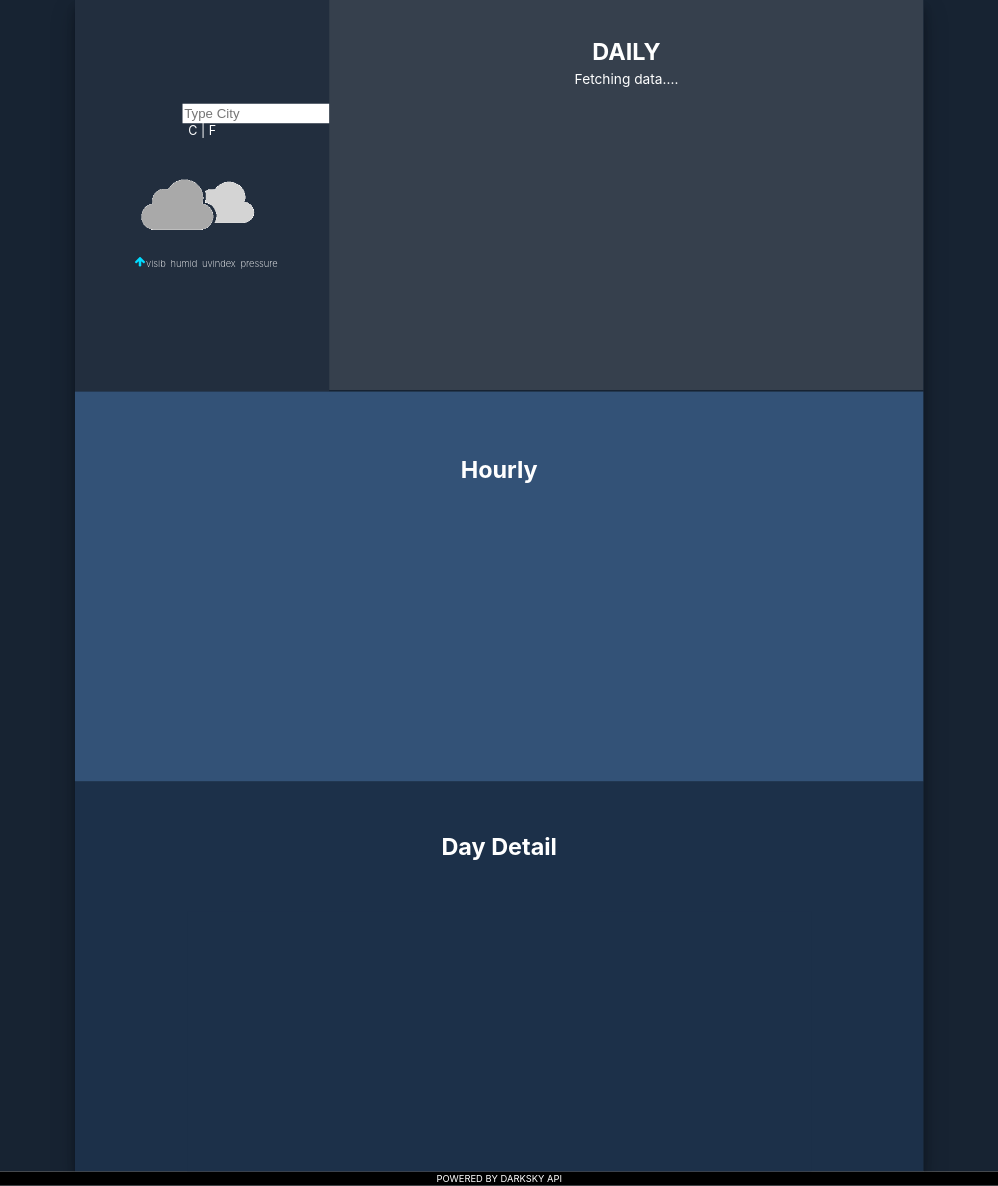
Repository: DOODpls/assignment3_weather
Page: index.html
The author's editor kept a copy of each file at every save. The page is drawn from the files as they stood at one save, then again after the next save.
The browser window is 1280 px wide. The pictures show the whole page, at 78% of full size.
Some web fonts or font styles are not loaded; a fallback is used. Some web libraries are served in a nearby version.

Above is the page before, as saved 2020-01-07 19:20:23.

### index.html
<!DOCTYPE html>
<html lang="en">
    <head>
        <meta charset="UTF-8" />
        <meta name="viewport" content="width=device-width, initial-scale=1.0" />
        <meta http-equiv="X-UA-Compatible" content="ie=edge" />
        <script src="https://ajax.googleapis.com/ajax/libs/jquery/1/jquery.min.js" type="text/javascript"></script>
        <script src="https://ajax.googleapis.com/ajax/libs/jqueryui/1.10.3/jquery-ui.min.js"></script>
        <title>The Weathering</title>
        <link rel="shortcut icon" href="./icons/favicon.ico" />
        <link
            rel="stylesheet"
            href="https://cdnjs.cloudflare.com/ajax/libs/bulma/0.7.5/css/bulma.min.css"
            integrity="sha256-vK3UTo/8wHbaUn+dTQD0X6dzidqc5l7gczvH+Bnowwk="
            crossorigin="anonymous"
        />
        <link
            rel="stylesheet"
            href="https://cdnjs.cloudflare.com/ajax/libs/open-iconic/1.1.1/font/css/open-iconic.min.css"
            integrity="sha256-CfN2r6i/dqkUHVRqpBzO3w21SnIWalwGfj5ScBPVzmI="
            crossorigin="anonymous"
        />
        <link rel="stylesheet" href="styles.css" />
    </head>
    <body>
        <div class="page">
            <div class="main-container">
                <div class="today-container">
                    <div class="today-stage">
                      <form action="" method="post" name="form_citydetails" id="form_citydetails" enctype="multipart/form-data" onsubmit="return false;">
                        <input class="ff_elem city-text" type="text" name="ff_nm_from[]" value="" id="f_elem_city" placeholder="Type City" onkeydown="search(this)"/>
                        </form>
                      <div class="unitswitcher">
                        <div class="celcius" id='cell'>C</div>
                        <br>
                        <p>&nbsp;|&nbsp;</p>
                        <div class="farenheight" id="farr">F</div>
                      </div>
                        <div class="info-holder">
                          <div class="preload"></div>
                          <canvas id="icon0" width="150" height="150"></canvas>
                          <p class="city"></p>
                          <p class="today-temp"></p>
                          <p class="today-description"></p>
                          <p class="today-minmax"></p>
                          <div class="sub-info">
                          <p class="app-temp"></p>
                          <div class="wind-holder">
                            <p class="wind-speed"></p>
                            <div class="wind-direction"></div>
                          </div>
                          <p class="visibility">visib</p>
                          <p class="humidity">humid</p>
                          <p class="uvindex">uvindex</p>
                          <p class="pressure">pressure</p>
                          </div>
                        </div>
                    </div>
                </div>

                <div class="week-container">
                  <p class="daily-title">DAILY</p>
                  <p class="week-summary">Fetching data....</p>
                  <div class="week-stage" id="week-stages">
                  </div>
                </div>
                <div class="hourly-container">
                  <p class="daily-title">Hourly</p>
                  <div class="hourly-row"></div>
                </div>
                <div class="day-details">
                  <div class="titlebar">
                    <p class="daily-title">Day Detail</p>
                    <p class="day-summ"></p>
                  </div>
                  <div class="summary-flex">
                  <div class="melovesomeclouds">
                    <p class="habanero"></p> <!-- have to name it like this bc for some readon uvindex(whatever) wont work  -->
                    <p class="cloud-cover"></p>
                  </div>

                  <div class="sunny">
                    <p class="sunrise"></p>
                    <p class="sunset"></p>
                  </div>

                  <div class="airwater">
                    <p class="humidity2"></p>
                    <p class="dew-point"></p>
                  </div>

                  <div class="wind">
                    <p class="ave-windspeed"></p>
                    <p class="ave-windgust"></p>
                  </div>
                </div>
                </div>
            </div>
        </div>
        <footer class="foooterrr">
          <a href="https://darksky.net/dev">POWERED BY DARKSKY API</a>
        </footer>
        <script src="./skycons.js"></script>
        <script src="./app.js"></script>
    </body>
</html>

### styles.css

.page {
  display: flex;
  color: white;
  justify-content: center;
  flex-wrap: wrap;
  background-color: #172332;
  width: 100%;
  height: 100%;
  overflow: hidden;
}
.main-container {
  height: 100%;
  width: 85vw;
  overflow-y: hidden;
  box-sizing: content-box;
  display: flex;
  justify-content: flex-start;
  flex-wrap: wrap;
  box-shadow: 0 14px 28px rgba(0, 0, 0, 0.25), 0 10px 10px rgba(0, 0, 0, 0.22);
}
.today-container {
  flex: 30%;
  display: flex;
  height: 502px;
  background: #222e3e;
  justify-content: center;
  align-items: center;
  overflow: hidden;
}
.unitswitcher{
  color: white;
  display: flex;
  justify-content: center;
}
.celcius, .farenheight{
  text-decoration: none;
  color: white;
}
.celcius:hover, .farenheight:hover{
  color: rgb(161, 161, 161);
}
.ui-helper-hidden-accessible{
  visibility: hidden;
  position: absolute;
}


.ui-autocomplete {
  position: absolute;
  top: 100%;
  left: 0;
  z-index: 1000;
  float: left;
  display: none;
  min-width: 160px;
  padding: 4px 0;
  margin: 0 0 10px 25px;
  list-style: none;
  background-color: #36404d;
  border-color: #ccc;
  border-color: rgba(0, 0, 0, 0.2);
  border-style: solid;
  border-width: 1px;
  -webkit-border-radius: 5px;
  -moz-border-radius: 5px;
  border-radius: 5px;
  -webkit-box-shadow: 0 5px 10px rgba(0, 0, 0, 0.2);
  -moz-box-shadow: 0 5px 10px rgba(0, 0, 0, 0.2);
  box-shadow: 0 5px 10px rgba(0, 0, 0, 0.2);
  -webkit-background-clip: padding-box;
  -moz-background-clip: padding;
  background-clip: padding-box;
  *border-right-width: 2px;
  *border-bottom-width: 2px;
}

.ui-menu-item > a.ui-corner-all {
  display: block;
  padding: 3px 15px;
  clear: both;
  font-weight: normal;
  line-height: 18px;
  color: #ffffff;
  white-space: nowrap;
  text-decoration: none;
}

.ui-state-hover, .ui-state-active {
  color: #ffffff;
  text-decoration: none;
  background-color: #0088cc;
  border-radius: 0px;
  -webkit-border-radius: 0px;
  -moz-border-radius: 0px;
  background-image: none;
}


.preload{
  background-image: url(./preloader.gif);
  height: 170px;
  width: 170px;
  background-size: 170px;
  position: absolute;
  top: 0;
  display: none;
}
.today-stage {
    position: relative;
    /* background: rgba(0, 0, 0, 0.2); */
}
/* #icon1{
  background-image: url(./preloader.gif);
  background-size: 150px;
} */
.today-icon {
    font-size: 140px;
    opacity: 0.17;
}
.city{
  transition-duration: .5s;
}
.today-temp {
    font-weight: 900;
    font-size: 50px;
    transition-duration: .5s;
}

.info-holder{
  display: flex;
  flex-direction: column;
  justify-content: center;
  align-items: center;
  position: relative;
}
.city-text{
  border-radius: 0px;
  width: auto;
  height: 25px;
  font-family: Arial, Helvetica, sans-serif;
  font-size: 17px;
  color: #555;
  border: none;
  box-sizing: border-box;
  position: absolute;
  right: -100px;
  top: -22px;
}
.sub-info{
  display: flex;
  justify-content: space-around;
  flex-direction: row;
  flex-wrap: wrap;
  width: 200px;
  transition-duration: .5s;
}
.app-temp{
    font-weight: 200;
    font-size: 12px;
}
.visibility{
  font-weight: 200;
  font-size: 12px;
}
.humidity{
  font-weight: 200;
  font-size: 12px;
}
.uvindex{
  font-weight: 200;
  font-size: 12px;
}
.pressure{
  font-weight: 200;
  font-size: 12px;
}
.today-minmax {
    font-weight: 400;
    font-size: 18px;
    opacity: 0.4;
    left: 0;
    transition-duration: .5s;
}
.today-description {
    font-weight: 400;
    font-size: 18px;
    transition-duration: .5s;
}
.wind-holder{
  display: flex;
  flex-direction: row;
}
.wind-direction{
    background-image: url('./icons/general_icon/arrow-up.svg');
    height: 13px;
    width: 13px;
    background-size: 13px;
    position: relative;
    left: 5px;
    transition-duration: .5s;
}
.wind-speed{
    font-weight: 200;
    font-size: 12px;
}
.week-container {
    flex: 70%;
  height: 500px;
  width: auto;
  background-color: #36404d;
  display: flex;
  justify-content: center;
  flex-direction: column;
  align-items: center;
}
.week-summary{
  font-size: 1.1em;
  height: auto;
  width: auto;
  margin-left: 20px;
  margin-right: 20px;
  margin-bottom: 20px;
  transition-duration: .5s;
}
.week-stage {
  height: 320px;
  width: auto;
  display: flex;
  justify-content: space-between;

}


/* Track */
.week-day-container {
    height: auto;
    width: 100px;
    margin-left: 20px;
    margin-right: 20px;
    display: flex;
    flex-direction: column;
    justify-content: space-aroud;
    align-items: center;
    position: relative;
    transition-duration: .5s;
}
.week-day-container:hover{
  opacity: .5;
}
@media (max-width:1890px){
  .week-stage {
  width: 80vmin;
  overflow-x: scroll;
  overflow-y: hidden;
  }

}


.week-day-container p {
    font-weight: 400;
    font-size: 12px;
    color: white;
}

.week-day-container span {
    opacity: 0.17;
    font-size: 24px;
    margin: 0;
}
.hourly-container{
  height: 500px;
  width: 100%;
  background-color: #335277;
  display: flex;
  justify-content: center;
  flex-direction: column;
  align-items: center;
}
.hourly-row{
  display: flex;
  flex-direction: row;
  width: 1500px;
  overflow-x: scroll;
  overflow-y: hidden;
  height: 300px;
}

.hourly-cards{
  font-weight: 400;
    font-size: 12px;
    color: white;
    width: 150px;
    display: flex;
    flex-direction: column;
    justify-content: center;
    align-items: center;
    margin-left: 20px;
  margin-right: 20px;
  transition-duration: .5s;
}
.hourly-cards p{
  font-weight: 400;
    font-size: 12px;
    color: white;
}
.loopwind{
  width: auto;
  display: flex;
  flex-direction: row;
  align-items: center;
}
.arrow-rotator{
  background-image: url('./icons/general_icon/arrow-up.svg');
  height: 10px;
  width: 10px;
  background-size: 10px;
  position: relative;
  margin-right: 5px;
  transition-duration: .5s;
}

@media (max-width:1800px){
  .hourly-row{
    width: 80vw;
  }
}

/* width */
::-webkit-scrollbar {
  width: 10px;
  height: 10px;
  border-radius: 20px;
}

/* Track */
::-webkit-scrollbar-track {
  background: #f1f1f1;
  border-radius: 20px;
}

/* Handle */
::-webkit-scrollbar-thumb {
  background: #888;
  border-radius: 20px;
}

/* Handle on hover */
::-webkit-scrollbar-thumb:hover {
  background: #555;
}
.day-details{
  display: flex;
  justify-content: space-around;
  flex-direction: column;
  align-items: center;
  width: 100%;
  height: 500px;
  background-color: #1c3049;
}

.titlebar{
  display: flex;
  flex-direction: column;
  align-items: center;
  justify-content: center;
  align-content: space-between;
  height: 250px;
  margin-left: 10px;
  margin-right: 10px;
  text-align: center;
}
.daily-title{
  font-size: 30px;
  font-weight: bold;
}
.day-summ{
  font-size: 20px;
  position: relative;
  top: 30px;
}
.wind, .airwater, .sunny, .melovesomeclouds{
  font-size: 20px;
  font-weight: bold;
  width: 300px;
  transition-duration: .5s;
  text-align: center;
}
.summary-flex{
  display: flex;
  justify-content: space-around;
  align-items: center;
  flex-wrap: wrap;
  width: 800px;
  height: 500px;
  background-color: #1c3049;
  transition-duration: .5s;
}

@media (max-width: 950px){
  .summary-flex{
    width: 100%;
    margin-right: 5px;
    margin-left: 5px;
  }

}

@media (max-width:705px){
  .wind, .airwater, .sunny, .melovesomeclouds{
    font-size: 20px;
    font-weight: bold;
    display: flex;
    justify-content: center;
    flex-direction: column;
    align-items: center;
    margin-left: 10px;
    margin-right: 10px;
  }

  .main-container {
    width: 100%;
  }
  .week-container{
    flex: none;
    width: 100%;
  }
  .week-stage, .hourly-row{
    width: 90%;
  }
}
@media (max-width:260px){
  .city-text{
    width: 100%;
  }
}
.foooterrr{
  background-color: black;
  color: white;
  font-size: 12px;
  display: flex;
  justify-content: center;
  flex-direction: column;
  align-items: center;
}
a{
  text-decoration: none;
  color: white;
}

Loaded but not shown: skycons.js (726 lines, source omitted); app.js (331 lines, source omitted)

After the next save:
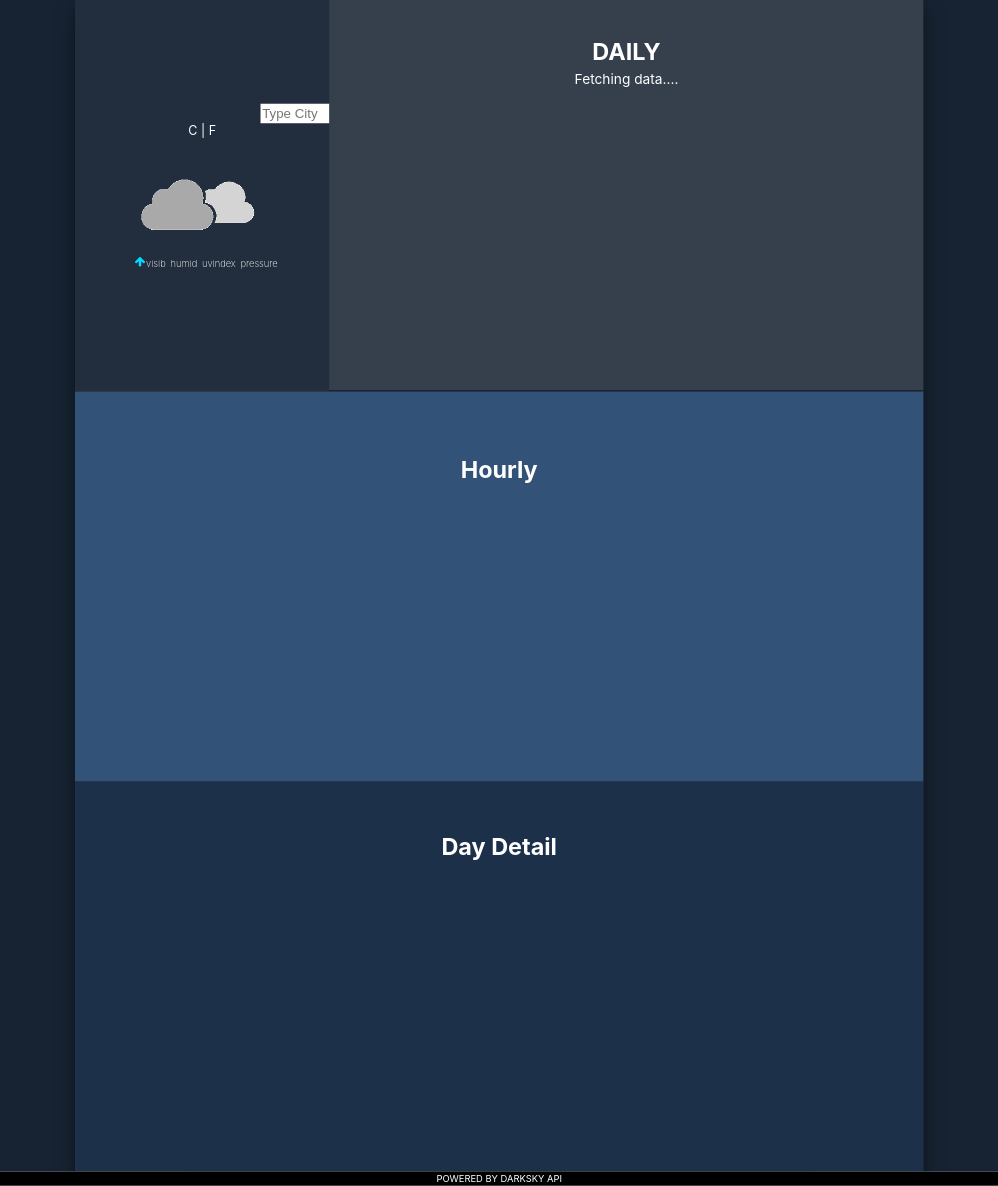
Saved 9 s later.
--- a/styles.css
+++ b/styles.css
@@ -144,7 +144,7 @@
   border: none;
   box-sizing: border-box;
   position: absolute;
-  right: -100px;
+  right: -200px;
   top: -22px;
 }
 .sub-info{
